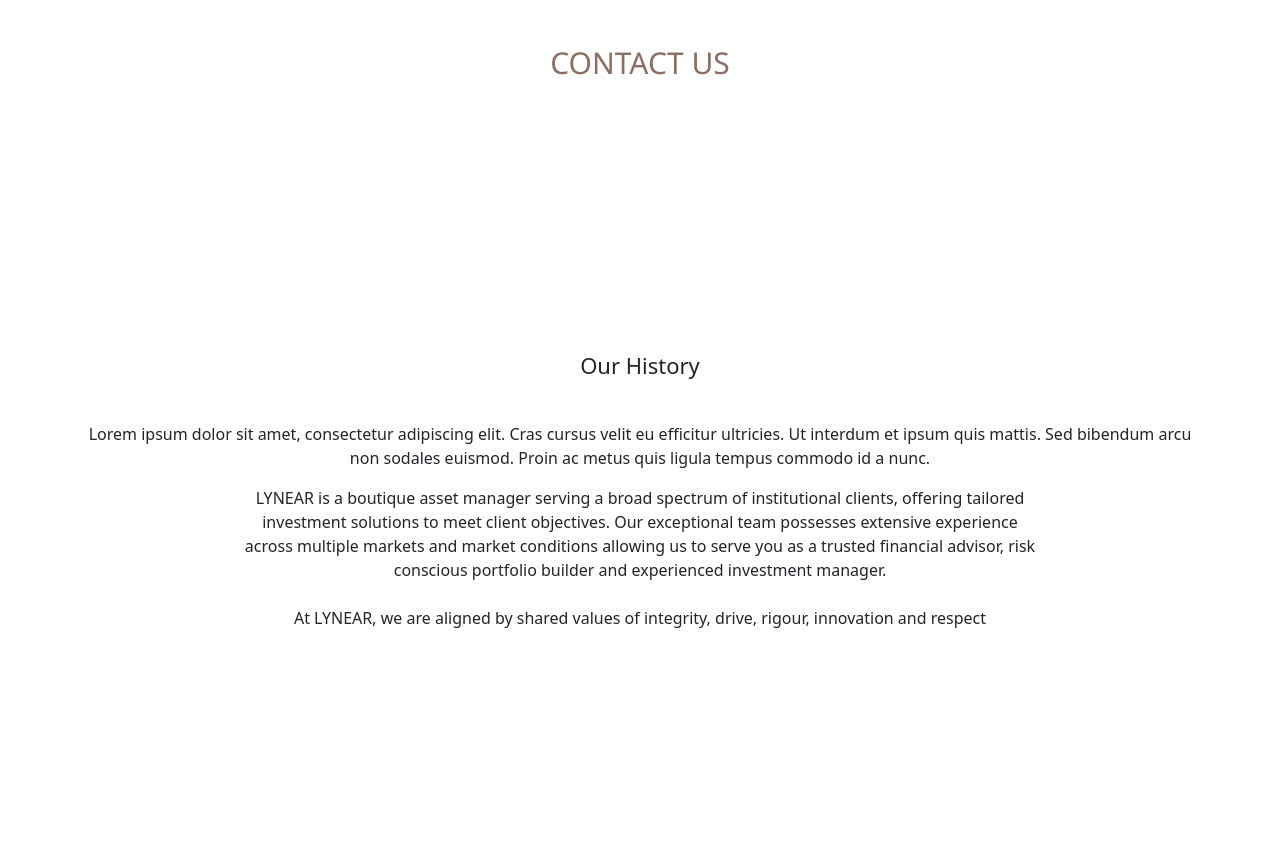
Repository: kaushalyaweerakoon/Plantation-Villa
Page: contact-us.html
An editor plug-in stored every save of this project. The page is shown before and after a run of saves, followed by the edit.
The browser window is 1280 px wide. The pictures show the whole page.
Some web fonts or font styles are not loaded; a fallback is used.

Above is the page before, as saved 2022-08-15 10:28:46.
Not found: assets/js/main.js

### contact-us.html
<!doctype html>
<html lang="en">

<head>
    <meta charset="utf-8">
    <meta name="viewport" content="width=device-width, initial-scale=1">

    <title>Plantation Villa| News Inner</title>

    <!-- Bootstrap css -->
    <link href="https://cdn.jsdelivr.net/npm/bootstrap@5.2.0-beta1/dist/css/bootstrap.min.css" rel="stylesheet"
        integrity="sha384-0evHe/X+R7YkIZDRvuzKMRqM+OrBnVFBL6DOitfPri4tjfHxaWutUpFmBp4vmVor" crossorigin="anonymous">

    <!-- fonts -->
    <link href="http://fonts.cdnfonts.com/css/segoe-ui-4" rel="stylesheet">
    <link rel="preconnect" href="https://fonts.googleapis.com">
    <link rel="preconnect" href="https://fonts.gstatic.com" crossorigin>

    <!-- swiperJS -->
    <link rel="stylesheet" href="https://unpkg.com/swiper@8/swiper-bundle.min.css" />

    <!-- custom css -->
    <link rel="stylesheet" href="asserts/css/main.css">

</head>

<body>


    <!-- Section - 2(Featured Collections) -->
    <section class="container mt-md-4 mt-3 mb-5 pb-4">
        <p class="title pt-3">CONTACT US</p>

        <div class="text-center" id="ourhistory" style="padding-top: 200px; padding-bottom: 136px;">
            <p class="libreFranklin-font fs-22-px grayOlive-color pb-4">Our History </p>
            <p class="sourceSansPro-font fs-6">
                Lorem ipsum dolor sit amet, consectetur adipiscing elit. Cras cursus velit eu efficitur ultricies. Ut
                interdum et ipsum quis mattis. Sed bibendum arcu non sodales euismod. Proin ac metus quis ligula tempus
                commodo id a nunc.
            </p>
            <p class="sourceSansPro-font fs-6">
                LYNEAR is a boutique asset manager serving a broad spectrum of institutional clients, offering
                tailored <br> investment solutions to meet client objectives. Our exceptional team possesses
                extensive experience <br> across multiple markets and market conditions allowing us to serve you
                as a
                trusted financial advisor, risk <br> conscious portfolio builder and experienced investment
                manager.
                <br><br>
                At LYNEAR, we are aligned by shared values of integrity, drive, rigour, innovation and respect
            </p>
        </div>

        </div>
        </div>


    </section>






    <!-- bootstrap -->
    <script src="https://cdn.jsdelivr.net/npm/bootstrap@5.2.0-beta1/dist/js/bootstrap.bundle.min.js"
        integrity="sha384-pprn3073KE6tl6bjs2QrFaJGz5/SUsLqktiwsUTF55Jfv3qYSDhgCecCxMW52nD2"
        crossorigin="anonymous"></script>

    <!-- swiperJS -->
    <script src="https://unpkg.com/swiper@8/swiper-bundle.min.js"></script>

    <!-- custom script -->
    <script src="assets/js/main.js"></script>


</body>

</html>

### asserts/css/main.css
/* Call the root */
:root {
  --Lora-font: 'Lora';
  --Segoe-font: 'Segoe UI';

  --font-size-14px: 18px;
  --font-size-20px: 20px;
  --font-size-22px: 22px;
  --font-size-25px: 25px;
  --font-size-30px: 30px;
  --font-size-35px: 35px;
  --font-size-40px: 40px;

  --font-color-8d6e63: #8d6e63;
  --font-color-3e2222: #3e2222;
  --bggreen: #7d824a;
  --co-white: #ffffff;
}

/* Create clases for fronts */
.Lora-ff {
  font-family: var(--Lora-font);
}

.Segoe-ff {
  font-family: var(--Segoe-font);
}

/* Create clases for front sizes*/
.fs-18-px {
  font-size: var(--font-size-18px)
}

.fs-20-px {
  font-size: var(--font-size-20px)
}

.fs-22-px {
  font-size: var(--font-size-22px)
}

.fs-25-px {
  font-size: var(--font-size-22px)
}

.fs-30-px {
  font-size: var(--font-size-30px)
}

.fs-35-px {
  font-size: var(--font-size-35px)
}

.fs-40-px {
  font-size: var(--font-size-40px)
}

/* Color */
.txt-purple {
  color: var(--font-color-8d6e63)
}

.txt-red {
  color: var(--font-color-3e2222)
}

/* news inner */

/* Breadcrumb */
.breadcrumb-text {
  text-decoration: none;
  color: var(--font-color-8d6e63);
  font-weight: normal;
}

.breadcrumb-text.active {
  color: var(--font-color-3e2222);
  text-decoration: none;
  font-weight: normal;
}

.breadcrumb-text:hover {
  font-size: var(--font-size-35px);
  color: var(--font-color-8d6e63);
  text-decoration: none;
}

.newsinner-date {
  color: var(--font-color-8d6e63);
  font-family: var(--Segoe-font);
  font-size: var(--font-size-20px);
}

.newsinner-head {
  color: var(--font-color-3e2222);
  font-family: var(--Lora-font);
  font-size: 45px;
  font-weight: normal;
}

.newsinner-text{
  font-size: var(--font-size-22px);
  font-family: var(--Segoe-font);
}

/* @media (min-width: 320px) {
  br.responsive {
    display: none;
  }
} */

/* Heading */

.title {
  font-size: var(--font-size-30px);
  font-family: var(--Segoe-font);
  color: var(--font-color-8d6e63);
  text-align: center;
  margin-bottom: clamp(40px, 5vw, 71px);
}

After the next 3 saves:
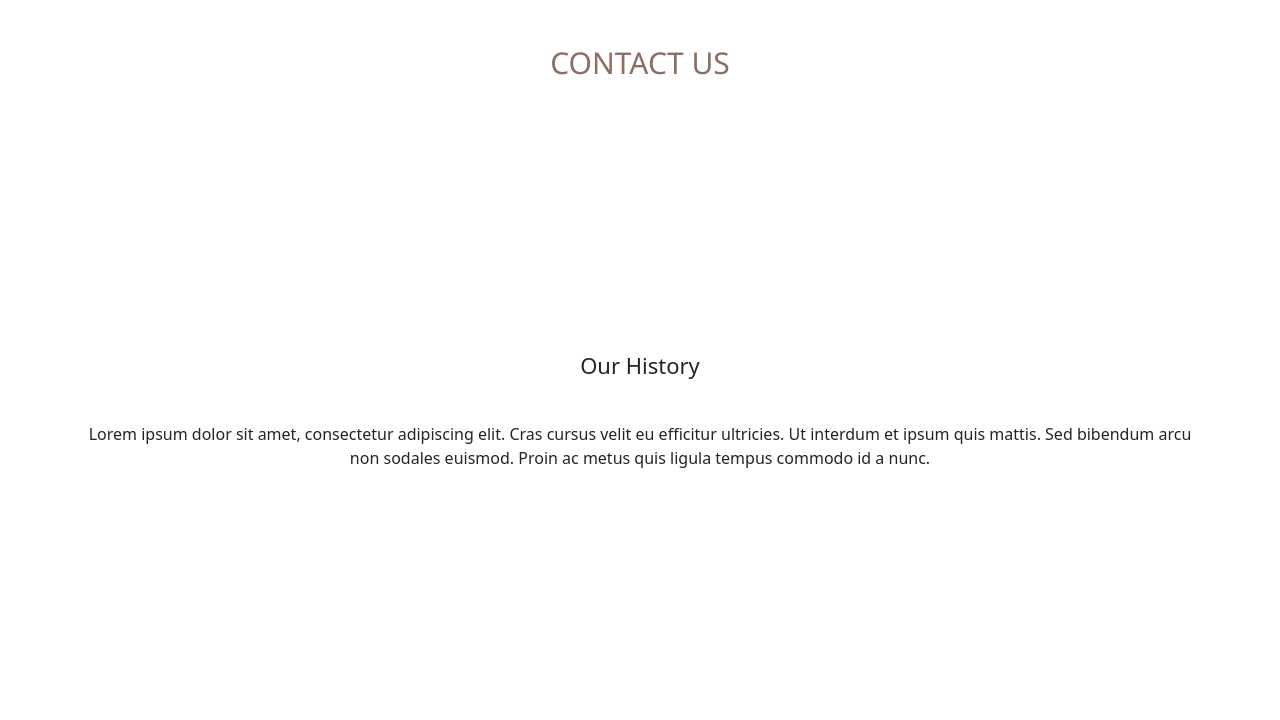
The 3 saves are shown as one change because they came seconds apart.
The last was saved 13 s later.
--- a/contact-us.html
+++ b/contact-us.html
@@ -38,22 +38,10 @@
                 interdum et ipsum quis mattis. Sed bibendum arcu non sodales euismod. Proin ac metus quis ligula tempus
                 commodo id a nunc.
             </p>
-            <p class="sourceSansPro-font fs-6">
-                LYNEAR is a boutique asset manager serving a broad spectrum of institutional clients, offering
-                tailored <br> investment solutions to meet client objectives. Our exceptional team possesses
-                extensive experience <br> across multiple markets and market conditions allowing us to serve you
-                as a
-                trusted financial advisor, risk <br> conscious portfolio builder and experienced investment
-                manager.
-                <br><br>
-                At LYNEAR, we are aligned by shared values of integrity, drive, rigour, innovation and respect
-            </p>
         </div>
 
         </div>
         </div>
-
-
     </section>
 
 
